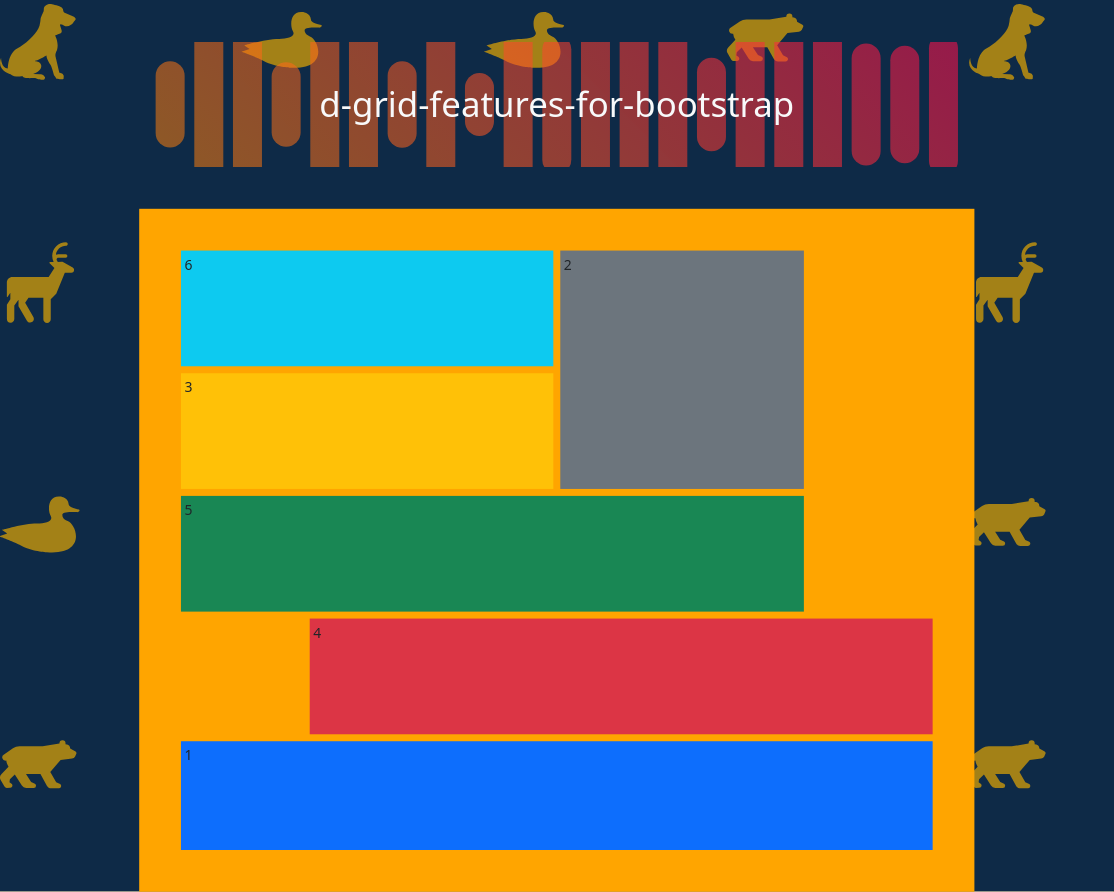
Repository: LynxPardelle/d-grid-features-for-bootstrap
Page: index.html
These files come from the project's save history. The page is drawn as it stood at one moment and after the next save; the edit follows.
The browser window is 1280 px wide. The pictures show the whole page, at 87% of full size.

Above is the page before, as saved 2021-10-20 23:12:10.

### index.html
<!DOCTYPE html>
<html lang="en">
  <head>
    <meta charset="UTF-8" />
    <meta http-equiv="X-UA-Compatible" content="IE=edge" />
    <meta name="viewport" content="width=device-width, initial-scale=1.0" />
    <meta name="author" content="Lynx Pardelle" />
    <title>d-grid-features-for-bootstrap</title>
    <link
      href="https://cdn.jsdelivr.net/npm/bootstrap@5.1.3/dist/css/bootstrap.min.css"
      rel="stylesheet"
      integrity="sha384-1BmE4kWBq78iYhFldvKuhfTAU6auU8tT94WrHftjDbrCEXSU1oBoqyl2QvZ6jIW3"
      crossorigin="anonymous"
    />
    <style>
      body {
        background-image: url("data:[embedded picture, 9376 characters]");
        background-size: cover;
        background-repeat: repeat;
        background-position: left top;
      }

      h1 {
        background-image: url("data:[embedded picture, 2297 characters]");
        background-size: cover;
        background-repeat: no-repeat;
        background-position: center center;
      }
    </style>
  </head>
  <body>
    <h1 class="text-center p-5 text-light my-5">d-grid-features-for-bootstrap</h1>

    <!-- <section class="d-grid bg-dark" data-gfbs data-gfbs-gtc="repeat(4, 1fr)" data-gfbs-gtr="repeat(2, 50px)" > -->
    <!-- <section class="d-grid bg-dark" data-gfbs data-gfbs-gta='"f f b c c a"" f f d e e a"'> -->
      <section
      class="d-grid w-75 mx-auto"
      data-gfbs
      data-gfbs-custom="background-color: black; padding: 1rem;"
      data-gfbs-custom-sm="background-color: pink; padding: 2rem;"
      data-gfbs-custom-md="background-color: orange; padding: 3rem;"
      data-gfbs-gt='
      [row1-start] "a a b ." 12.5px [row1-end]
      [row2-start] "a a b ." 12.5px [row2-end]
      [row3-start] "c c b d" 12.5px [row3-end]
      [row4-start] "c c b d" 12.5px [row4-end]
      [row5-start] "e e e d" 12.5px [row5-end]
      [row6-start] "e e e d" 12.5px [row6-end]
      [row7-start] ". f f f" 12.5px [row7-end]
      [row8-start] ". f f f" 12.5px [row8-end]
      [row9-start] "g g g g" 25px [row9-end]
      / 2fr 1fr 1fr 3fr'
      data-gfbs-gt-sm='
      [row1-start] "a b b ." 25px [row1-end]
      [row2-start] "a b b ." 25px [row2-end]
      [row3-start] "c c c ." 25px [row3-end]
      [row4-start] "c c c ." 25px [row4-end]
      [row5-start] "e e d d" 25px [row5-end]
      [row6-start] "e e d d" 25px [row6-end]
      [row7-start] ". f f ." 25px [row7-end]
      [row8-start] ". f f ." 25px [row8-end]
      [row9-start] "g g g g" 50px [row9-end]
      / 1fr 2fr 2fr 1fr'
      data-gfbs-gt-md='
      [row1-start] "a a a b" 37.5px [row1-end]
      [row2-start] "a a a b" 37.5px [row2-end]
      [row3-start] "c c d d" 37.5px [row3-end]
      [row4-start] "c c d d" 37.5px [row4-end]
      [row5-start] "e e d d" 37.5px [row5-end]
      [row6-start] "e e d d" 37.5px [row6-end]
      [row7-start] "f f f f" 37.5px [row7-end]
      [row8-start] "g g g g" 37.5px [row8-end]
      [row9-start] "g g g g" 75px [row9-end]
      / 1fr 2fr 2fr 1fr'
      data-gfbs-gt-lg='
      [row1-start] "a a b ." 50px [row1-end]
      [row2-start] "a a b ." 50px [row2-end]
      [row3-start] "c c b d" 50px [row3-end]
      [row4-start] "c c b d" 50px [row4-end]
      [row5-start] "e e e d" 50px [row5-end]
      [row6-start] "e e e d" 50px [row6-end]
      [row7-start] ". f f f" 50px [row7-end]
      [row8-start] ". f f f" 50px [row8-end]
      [row9-start] "g g g g" 100px [row9-end]
      / 1fr 2fr 2fr 1fr'
      data-gfbs-gt-xl='
      [row1-start] "a a b ." 62.5px [row1-end]
      [row2-start] "a a b ." 62.5px [row2-end]
      [row3-start] "c c b d" 62.5px [row3-end]
      [row4-start] "c c b d" 62.5px [row4-end]
      [row5-start] "e e e d" 62.5px [row5-end]
      [row6-start] "e e e d" 62.5px [row6-end]
      [row7-start] ". f f f" 62.5px [row7-end]
      [row8-start] ". f f f" 62.5px [row8-end]
      [row9-start] "g g g g" 125px [row9-end]
      / 1fr 2fr 2fr 1fr'
      data-gfbs-gt-xxl='
      [row1-start] "a a b ." 87.5px [row1-end]
      [row2-start] "a a b ." 87.5px [row2-end]
      [row3-start] "c c b d" 87.5px [row3-end]
      [row4-start] "c c b d" 87.5px [row4-end]
      [row5-start] "e e e d" 87.5px [row5-end]
      [row6-start] "e e e d" 87.5px [row6-end]
      [row7-start] ". f f f" 87.5px [row7-end]
      [row8-start] ". f f f" 87.5px [row8-end]
      [row9-start] "g g g g" 150px [row9-end]
      / 1fr 2fr 2fr 1fr'
      data-gfbs-gap="0.5rem"
    >
      <!-- data-gfbs-cg="1rem"
      data-gfbs-rg="1rem" -->
      <div
        data-gfbs
        data-gfbs-iga="a"
        data-gfbs-iga-sm="g"
        class="bg-primary p-1"
      >
        1
      </div>

      <div data-gfbs data-gfbs-iga="b" class="bg-secondary p-1">2</div>
      <div data-gfbs data-gfbs-iga="c" class="bg-warning p-1">3</div>
      <div
        data-gfbs
        data-gfbs-iga="d"
        data-gfbs-iga-lg="f"
        class="bg-danger p-1"
      >
        4
      </div>
      <div data-gfbs data-gfbs-iga="e" class="bg-success p-1">5</div>
      <div data-gfbs data-gfbs-iga="f" data-gfbs-iga-md="a" class="bg-info p-1">
        6
      </div>
    </section>

    <script
      src="https://cdn.jsdelivr.net/npm/bootstrap@5.1.3/dist/js/bootstrap.bundle.min.js"
      integrity="sha384-ka7Sk0Gln4gmtz2MlQnikT1wXgYsOg+OMhuP+IlRH9sENBO0LRn5q+8nbTov4+1p"
      crossorigin="anonymous"
    ></script>
    <script src="./d-grid.js"></script>
  </body>
</html>

### d-grid.js
"use strict";

function gridCreate(){
  let wWidth = window.innerWidth;
  let gridElements = document.querySelectorAll("[data-gfbs]");

  function checkIfHasBP(gridElement, atr) {
    let hasIt = false;
    for (let attribute of gridElement.attributes) {
      let at = attribute.localName;
      if (at.includes(atr)) {
        switch (true) {
          case at.includes("-sm") && wWidth >= 576 && wWidth < 768:
            hasIt = true;
            break;
          case at.includes("-md") && wWidth >= 768 && wWidth < 992:
            hasIt = true;
            break;
          case at.includes("-lg") && wWidth >= 992 && wWidth < 1200:
            hasIt = true;
            break;
          case at.includes("-xl") && wWidth >= 1200 && wWidth < 1400:
            hasIt = true;
            break;
          case at.includes("-xxl") && wWidth >= 1400:
            hasIt = true;
            break;
        }
      }
    }

    return hasIt;
  }

  for (let gridElement of gridElements) {
    for (let attribute of gridElement.attributes) {
      let at = attribute.localName;
      let attValue = attribute.value;

      if (
        at.includes("gfbs-") &&
        ((!at.includes("-sm") &&
          !at.includes("-md") &&
          !at.includes("-lg") &&
          !at.includes("-xl") &&
          !at.includes("-xxl") &&
          !checkIfHasBP(gridElement, at)) ||
          (at.includes("-sm") &&
            wWidth >= 576 &&
            (!at.includes("-md") || (at.includes("-md") && wWidth < 768)) &&
            (!at.includes("-lg") || (at.includes("-lg") && wWidth < 992)) &&
            (!at.includes("-xl") || (at.includes("-xl") && wWidth < 1200)) &&
            (!at.includes("-xll") || (at.includes("-xxl") && wWidth < 1400))) ||
          (at.includes("-md") &&
            wWidth >= 768 &&
            (!at.includes("-lg") || (at.includes("-lg") && wWidth < 992)) &&
            (!at.includes("-xl") || (at.includes("-xl") && wWidth < 1200)) &&
            (!at.includes("-xll") || (at.includes("-xxl") && wWidth < 1400))) ||
          (at.includes("-lg") &&
            wWidth >= 992 &&
            (!at.includes("-xl") || (at.includes("-xl") && wWidth < 1200)) &&
            (!at.includes("-xll") || (at.includes("-xxl") && wWidth < 1400))) ||
          (at.includes("-xl") &&
            wWidth >= 1200 &&
            (!at.includes("-xll") || (at.includes("-xxl") && wWidth < 1400))) ||
          (at.includes("-xxl") && wWidth >= 1400))
      ) {
        switch (true) {
          /* Container */
          case at.includes("custom"):
            gridElement.style.cssText += attValue;
            break;
          case at.includes("gtc"):
            gridElement.style.gridTemplateColumns = attValue;
            break;
          case at.includes("gtr"):
            gridElement.style.gridTemplateRows = attValue;
            break;
          case at.includes("gta"):
            gridElement.style.gridTemplateAreas = attValue;
            break;
          case at.includes("gt"):
            gridElement.style.gridTemplate = attValue;
            break;
          case at.includes("cg"):
            gridElement.style.columnGap = attValue;
            break;
          case at.includes("rg"):
            gridElement.style.rowGap = attValue;
            break;
          case at.includes("gap"):
            gridElement.style.gap = attValue;
            break;
          case at.includes("ji"):
            gridElement.style.justifyItems = attValue;
            break;
          case at.includes("ai"):
            gridElement.style.alignItems = attValue;
            break;
          case at.includes("pi"):
            gridElement.style.placeItems = attValue;
            break;
          case at.includes("jc"):
            gridElement.style.justifyContent = attValue;
            break;
          case at.includes("ac"):
            gridElement.style.alignContent = attValue;
            break;
          case at.includes("pc"):
            gridElement.style.placeContent = attValue;
            break;
          case at.includes("gac"):
            gridElement.style.gridAutoColumns = attValue;
            break;
          case at.includes("gar"):
            gridElement.style.gridAutoRows = attValue;
            break;
          case at.includes("gaf"):
            gridElement.style.gridAutoFlow = attValue;
            break;
          case at.includes("grid"):
            gridElement.style.grid = attValue;
            break;

          /* Item */
          case at.includes("gcs"):
            gridElement.style.gridColumnStart = attValue;
            break;
          case at.includes("gce"):
            gridElement.style.gridColumnEnd = attValue;
            break;
          case at.includes("gc"):
            gridElement.style.gridColumn = attValue;
            break;
          case at.includes("grs"):
            gridElement.style.gridRowStart = attValue;
            break;
          case at.includes("gre"):
            gridElement.style.gridRowEnd = attValue;
            break;
          case at.includes("gr"):
            gridElement.style.gridRow = attValue;
            break;
          case at.includes("iga"):
            gridElement.style.gridArea = attValue;
            break;
          case at.includes("js"):
            gridElement.style.justifySelf = attValue;
            break;
          case at.includes("as"):
            gridElement.style.alignSelf = attValue;
            break;
          case at.includes("ps"):
            gridElement.style.placeSelf = attValue;
            break;
        }
      }
    }
  }
}

window.onload = gridCreate();
window.addEventListener("resize", gridCreate);

After the next save:
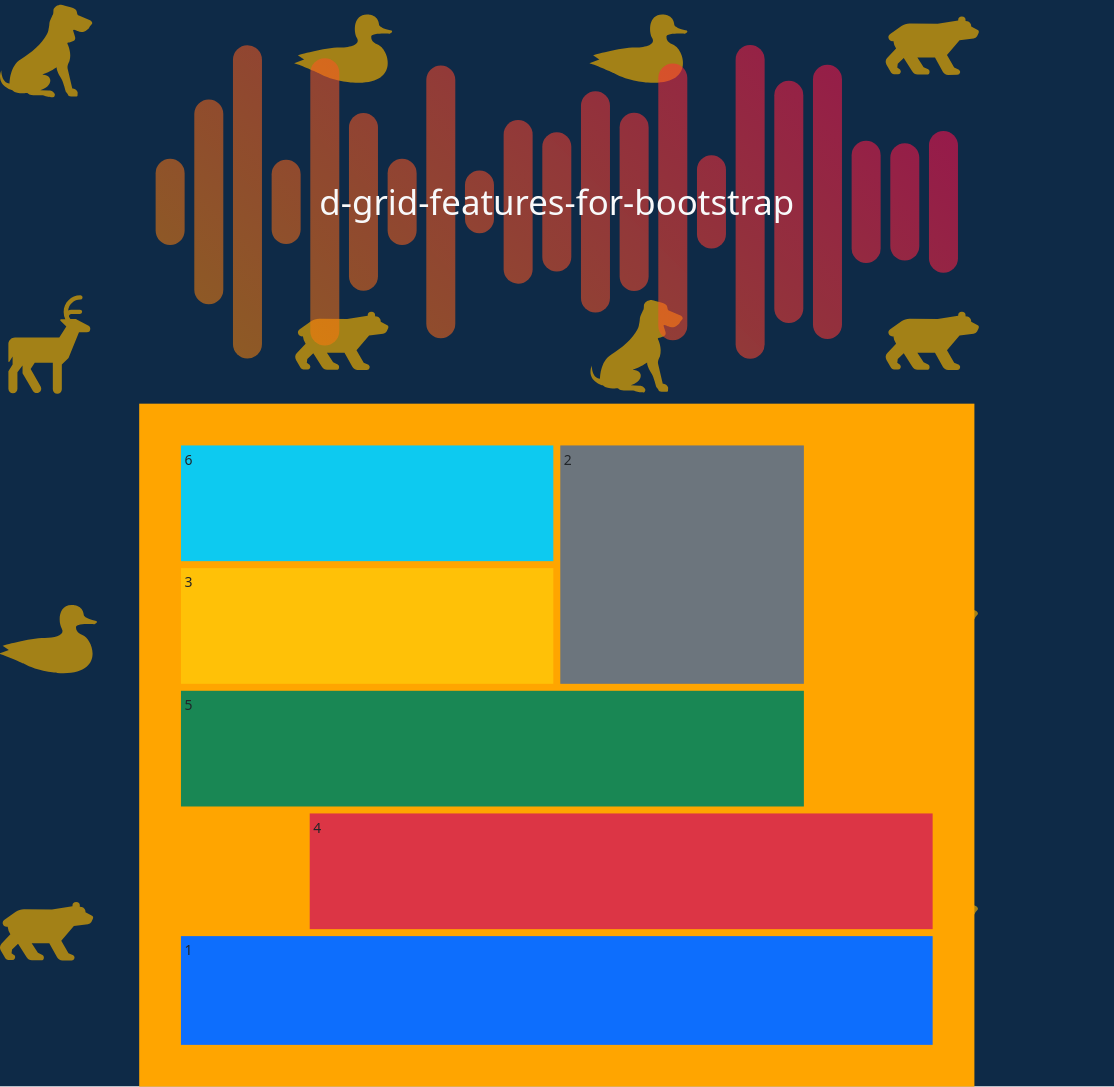
Saved 26 s later.
--- a/index.html
+++ b/index.html
@@ -25,11 +25,12 @@
         background-size: cover;
         background-repeat: no-repeat;
         background-position: center center;
+        padding: 10rem;
       }
     </style>
   </head>
   <body>
-    <h1 class="text-center p-5 text-light my-5">d-grid-features-for-bootstrap</h1>
+    <h1 class="text-center text-light my-5">d-grid-features-for-bootstrap</h1>
 
     <!-- <section class="d-grid bg-dark" data-gfbs data-gfbs-gtc="repeat(4, 1fr)" data-gfbs-gtr="repeat(2, 50px)" > -->
     <!-- <section class="d-grid bg-dark" data-gfbs data-gfbs-gta='"f f b c c a"" f f d e e a"'> -->
